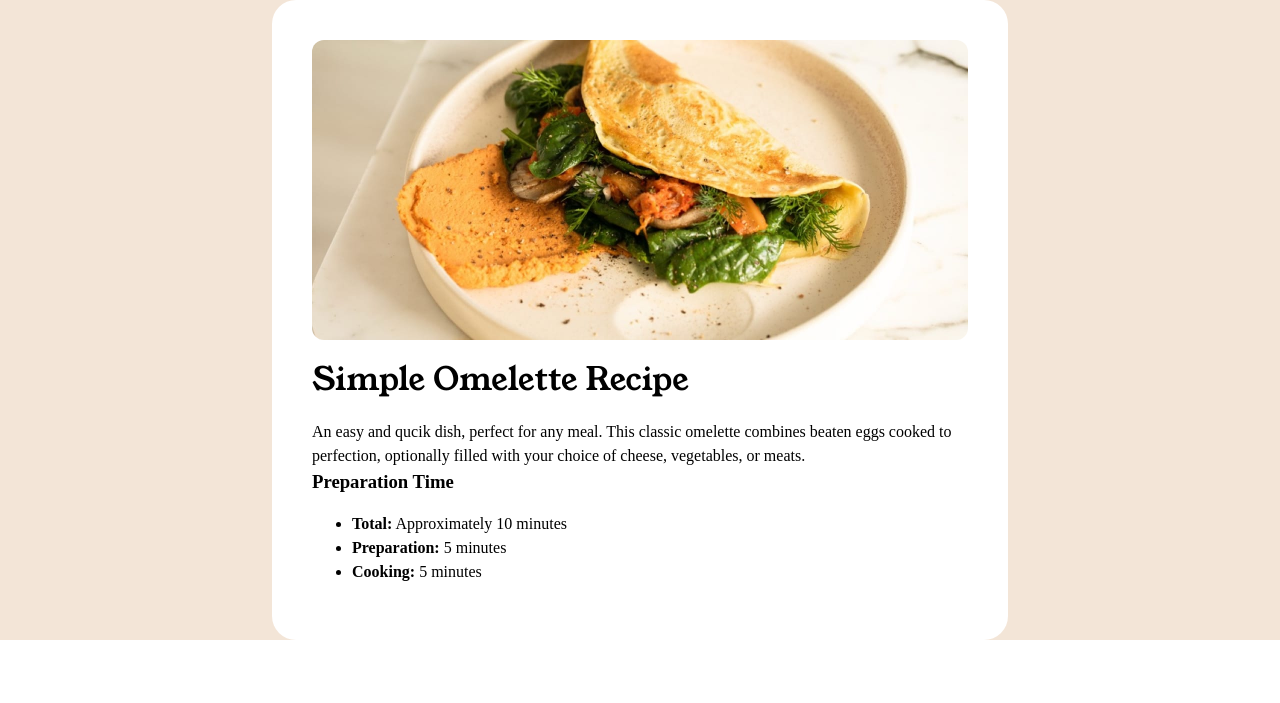
Repository: brandontaylor1/recipe-page
Page: index.html
These files come from the project's save history. The page is drawn as it stood at one moment and after a run of saves; the edit follows.
The browser window is 1280 px wide. The pictures show the whole page.

Above is the page before, as saved 2024-12-28 21:51:50.

After the next 3 saves:
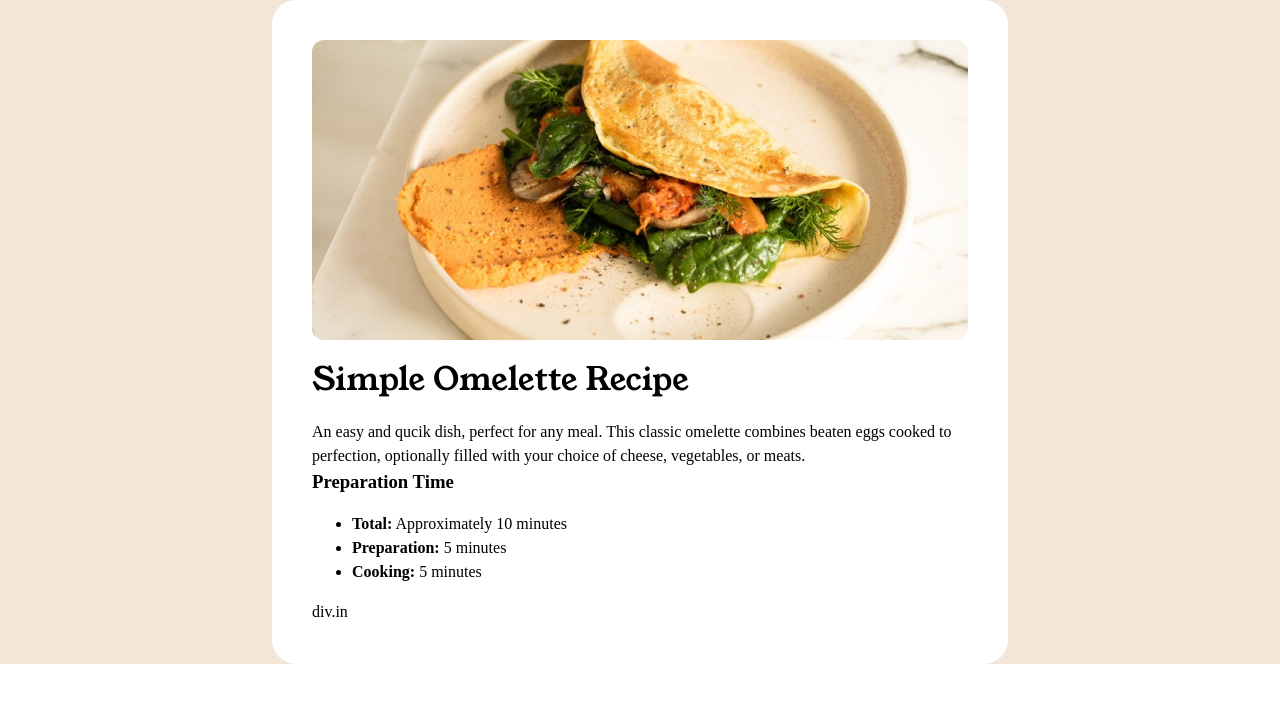
The 3 saves are shown as one change because they came seconds apart.
The last was saved 25 s later.
--- a/index.html
+++ b/index.html
@@ -25,6 +25,7 @@
                     <li><strong>Cooking:</strong> 5 minutes</li>
                 </ul>
             </div>
+            div.in
         </div>
 
 

After the save that followed:
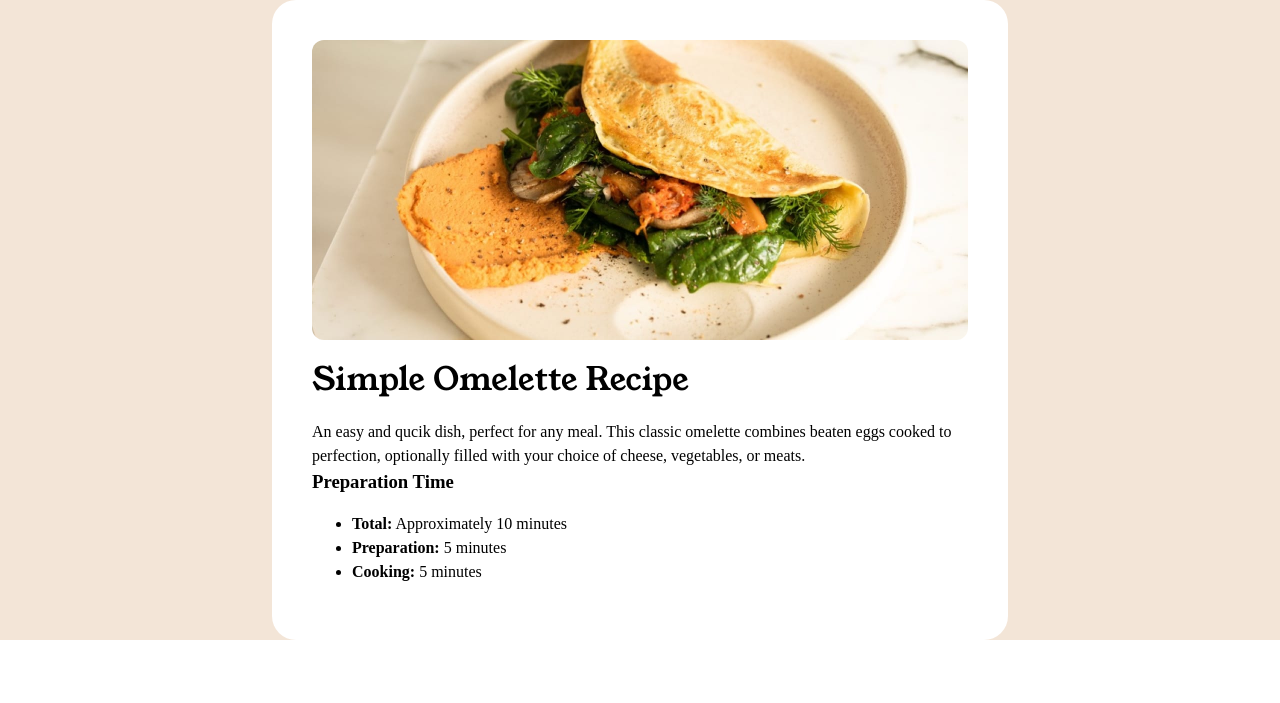
Saved 5 s later.
--- a/index.html
+++ b/index.html
@@ -25,7 +25,9 @@
                     <li><strong>Cooking:</strong> 5 minutes</li>
                 </ul>
             </div>
-            div.in
+            <div class="ingredients-container">
+
+            </div>
         </div>
 
 
